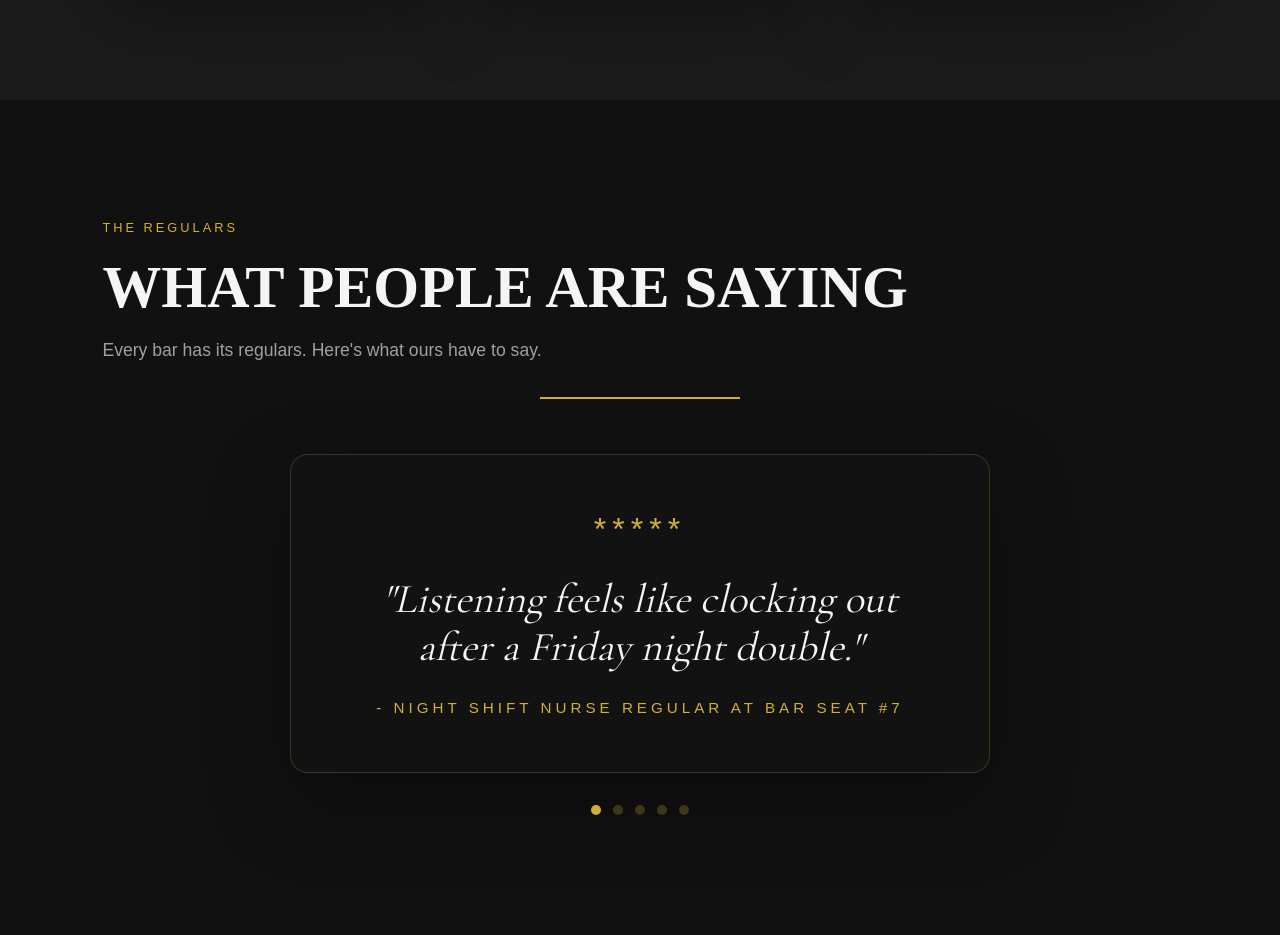
Repository: Gage-Codes/BarRot
Page: css/index.html
These files come from the project's save history. The page is drawn as it stood at one moment and after the next save; the edit follows.
The browser window is 1280 px wide. The pictures show the part of the page from y = 4403 to 5355 px (the page is 5338 px tall before and 5355 px after).

Above is the page before, as saved 2026-07-05 00:45:43.

After the next save:
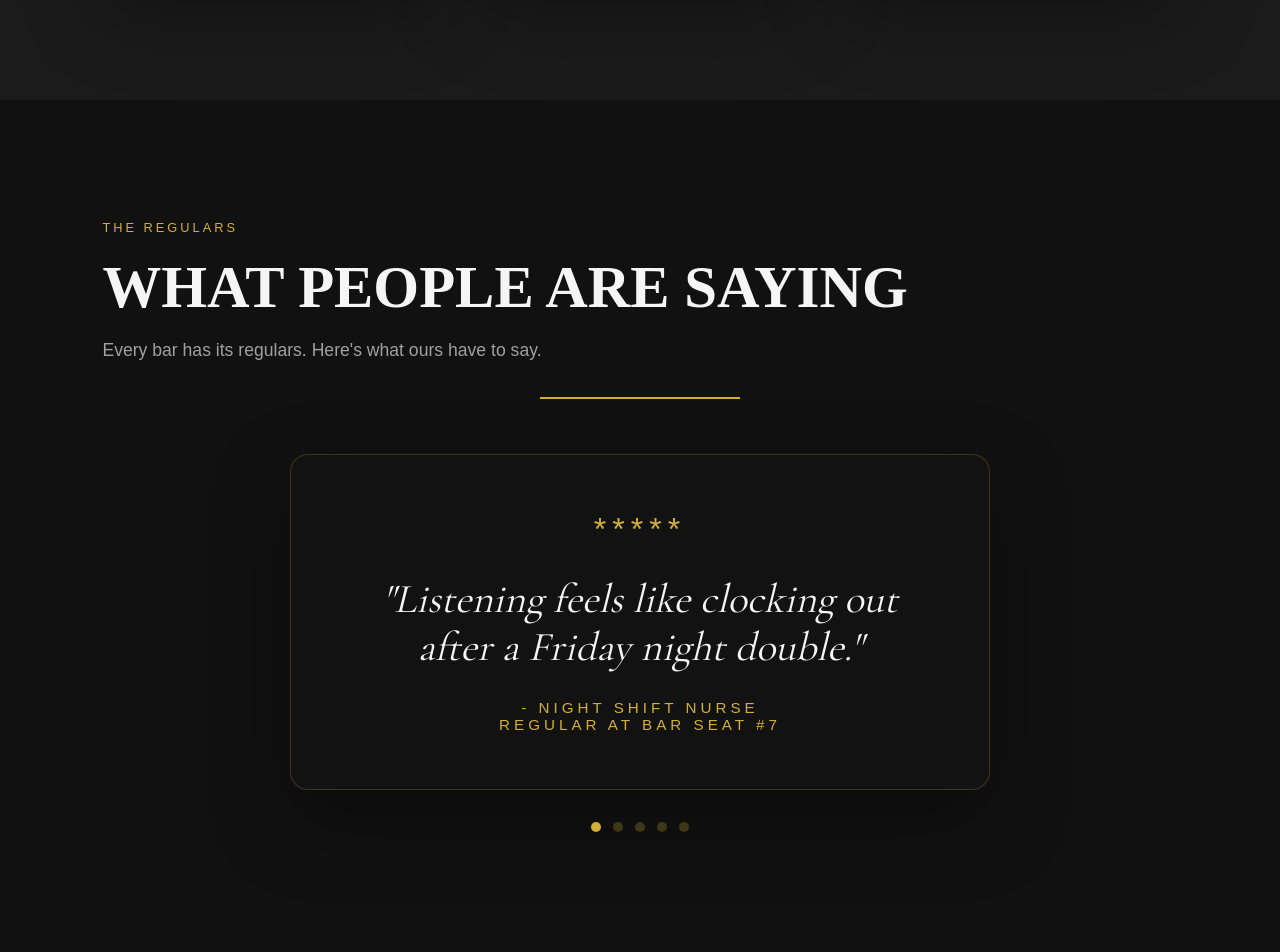
Saved 75 s later.
--- a/css/index.html
+++ b/css/index.html
@@ -309,7 +309,7 @@
                 </blockquote>
                 <p class="review-author">
                     - Night Shift Nurse
-                    Regular at Bar Seat #7
+                    <br>Regular at Bar Seat #7</br>
                 </p>
             </div>
         </div>
